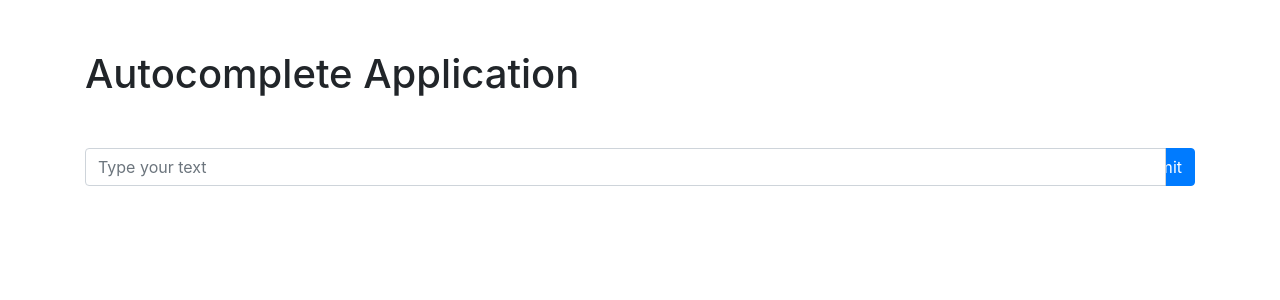
Repository: purnimapatel/auto_complete_using_trie
Page: index.html
An editor plug-in stored every save of this project. The page is shown before and after the next save, followed by the edit.
The browser window is 1280 px wide. The pictures show the whole page.

Above is the page before, as saved 2025-03-29 13:05:31.

### index.html
<!DOCTYPE html>
<html lang="en">

<head>
    <meta charset="UTF-8">
    <meta name="viewport" content="width=device-width, initial-scale=1.0">
    <link href="./index.css" rel="stylesheet">
    <link rel="stylesheet" href="https://stackpath.bootstrapcdn.com/bootstrap/4.5.0/css/bootstrap.min.css"
        integrity="sha384-9aIt2nRpC12Uk9gS9baDl411NQApFmC26EwAOH8WgZl5MYYxFfc+NcPb1dKGj7Sk" crossorigin="anonymous">
    <title>Autocomplete Application</title>
</head>

<body>
    <header>
        <div class="container">
            <h1 class="top">Autocomplete Application</h1>
        </div>
    </header>

    <main>

        <div class="container top">
            <div class="input-group mb-3">
                <input type="text" class="form-control" placeholder="Type your text" id="text-box">
                <span><button class="btn btn-primary" onclick="handleClick()">Submit</button></span>
            </div>
            <ul id="list" class="list-group">
            </ul>

        </div>

    </main>

    <script src="./js/trie.js"></script>
    <script src="./js/data.js"></script>
    <script src="./js/index.js"></script>

</body>

</html>

### index.css
.top{
    margin-top: 50px;
}

.clickable{
    cursor: pointer;
}
.btn-primary{
    margin-left: -50px;
    z-index: 2;
}
.form-control{
    z-index: 10;
}

### js/trie.js
function makeNode(ch) {
    this.ch = ch;
    this.isTerminal = false;
    this.map = {};
    this.words = [];
}

function add(str, i, root) {

    if (i === str.length) {
        root.isTerminal = true;
        return;
    }

    if (!root.map[str[i]])
        root.map[str[i]] = new makeNode(str[i]);

    root.words.push(str);
    add(str, i + 1, root.map[str[i]]);
}

function search(string, i, root){
    if(string.length === 0){
        return[];
    }
    if(i === string.length){
        return root.words;
    }
    if(!root.map[string[i]]){
        return[];
    }
    return search(string, i+1, root.map[string[i]]);

}

### js/data.js
const items = [
    "how to learn dsa",
    "Hello World",
    "apple",
    "app",
    "Avishkaar",
    "How to install Anaconda",
    "How to create youtube shorts",
    "Happy Coding",
    "What is Dark Web",
    "Learn DSA with Pepcoding",
    "Nados Info",
    "Learn with NADOS",
    "Mango",
    "Application",
    "What is WWW.",
    "Inner engineering",
    "World Wide Web",
    "Random Access Memory",
    "Roadways info",
    "Placement",
    "how to prepare for product based companies",
    "what is fullform of",
    "what is fullform of ISRO",
    "what is the Barmuda triangle",
    "'Be positive' essay",
    "Uses of Sulphur",
    "Today's Tagline",
    "Dart",
    "Dart Programming",
    "Don 2",
    "DareToCompete",
    "Do's and dont's",
    "The Sun",
    "The Universe",
    "The University",
    "Divide and Rule",
    "Check your Brain age",
    "Concept of Relativity",
    "Concept of Physics",
    "Clear your doubt",
    "Cat",
    "cat",
    "divide and rule",
    "dart",
    "python",
    "c programming",
    "c++ programming concept",
    "Java",
    "java",
    "google",
    "good morning quotes",
    "good quotes",
    "second world war",
    "Good morning",
    "vander waal force",
    "mango",
    "Mango",
    "Most important topics",
    "most important topics for board",
    "Most important topics",
    "flutter",
    "flutter",
    "Go",
    "Golang",
    "go programming language",
    "xylem and phloyem",
    "zoo",
    "wildlife",
    "as well as",
    "Amazing concept",
    "amazing concept",
    "Largest",
    "Low intensity",
    "low intensity",
    "trie",
    "timeline",
    "k-mean clustering",
    "knowledge",
    "knowledge is your power",
    "Know yourself",
    "Examples of",
    "starting of life on the earth",
    "book your show",
    "cookies",
    "domain",
    "element",
    "fear of",
    "gear up",
    "honest talk",
    "is it clear",
    "jk",
    "know your potential",
    "lemon",
    "mongo",
    "note that",
    "operation",
    "pick the correct option",
    "quick",
    "rare element on the earth",
    "seven color of",
    "test your knowledge",
    "use of",
    "vacobulary in",
    "well explained",
    "xyz",
    "yes, start",
    "zone of",
    "Book the ticket",
    "Conceptual understanding",
    "Data analysis",
    "Engagement incremental",
    "Fog and mist",
    "Gear up your progress",
    "How to start coding",
    "Is it right",
    "Jest",
    "K is symbol of",
    "Lotus tample",
    "Magnify",
    "No SQL",
    "Okay means",
    "P-block element",
    "Quartz",
    "Rest state",
    "Seven colour of ",
    "There are how many type of",
    "Uses of",
    "V s l",
    "Wax ",
    "X R",
    "Year ",
    "Zone",
];

### js/index.js

const root = new makeNode('\0');
for (const item of items)
    add(item, 0, root);

const text_box = document.getElementById("text-box");
const list = document.getElementById("list");

function handler(e) {
    const str = e.target.value;
    predictions = search(str, 0, root);

    console.log(predictions);
    list.innerHTML = ""
    for (const prediction of predictions)
        list.innerHTML += `<li class="list-group-item clickable" onclick="handleClick(this)"><b>${str}</b>${prediction.substring(str.length)}</li>`;

}


function handleClick(e) {
    text_box.value = e.innerText;
}

handler({ target: { value: "" } });

if(text_box)
text_box.addEventListener("keyup", handler);

After the next save:
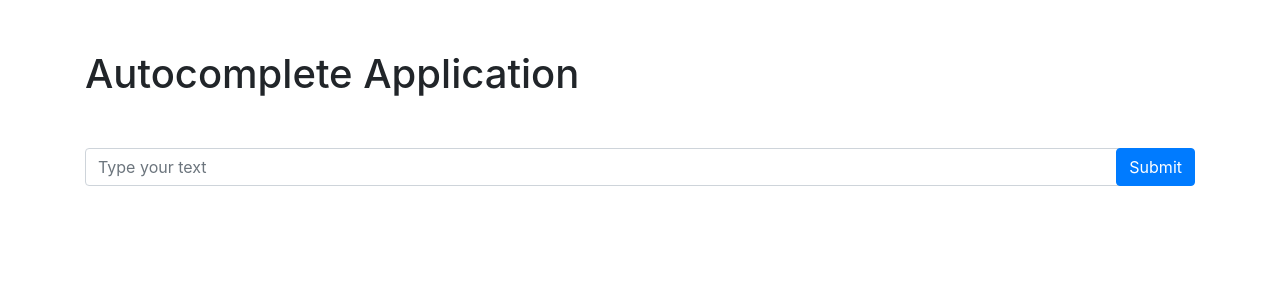
Saved 2 min 45 s later.
--- a/index.css
+++ b/index.css
@@ -5,10 +5,18 @@
 .clickable{
     cursor: pointer;
 }
+
 .btn-primary{
     margin-left: -50px;
+    position: relative;
     z-index: 2;
 }
+
 .form-control{
-    z-index: 10;
+    z-index: 1;
+    padding-right: 60px;
 }
+
+.input-group{
+    position: relative;
+}
